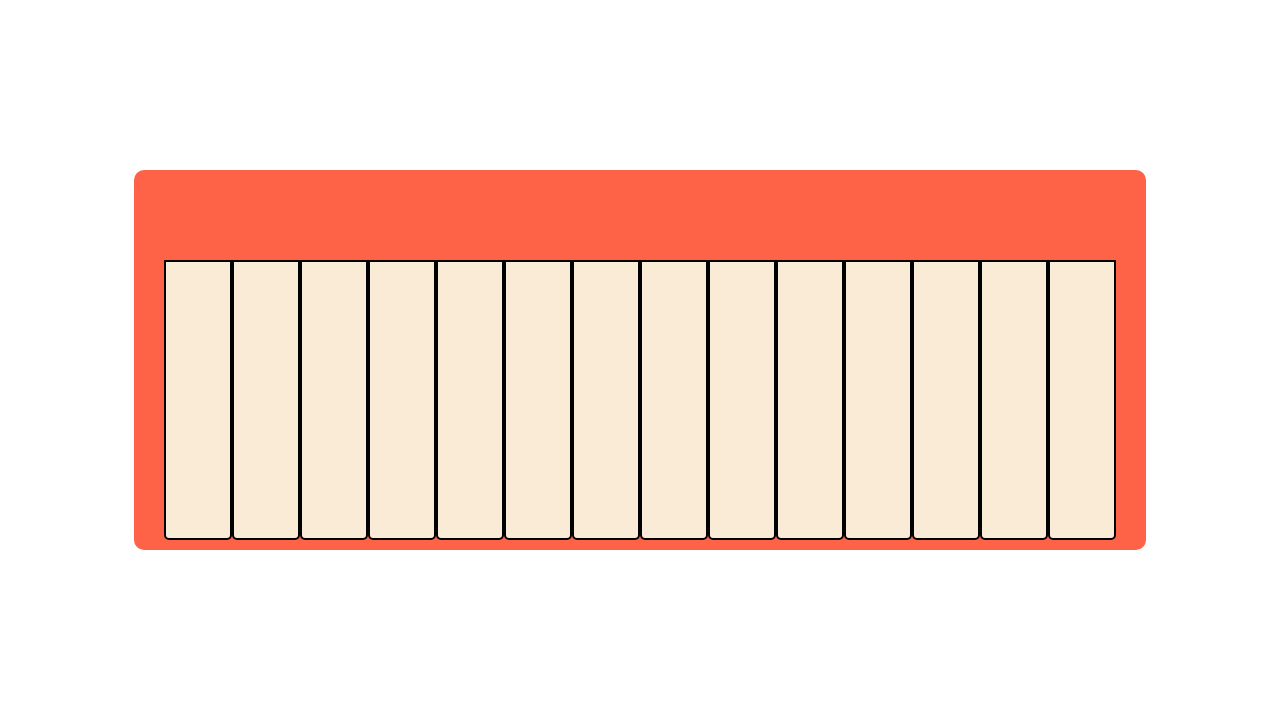
Repository: aishakapan/piano
Page: index.html
These files come from the project's save history. The page is drawn as it stood at one moment and after the next save; the edit follows.
The browser window is 1280 px wide. The pictures show the whole page.

Above is the page before, as saved 2022-09-03 20:00:36.

After the next save:
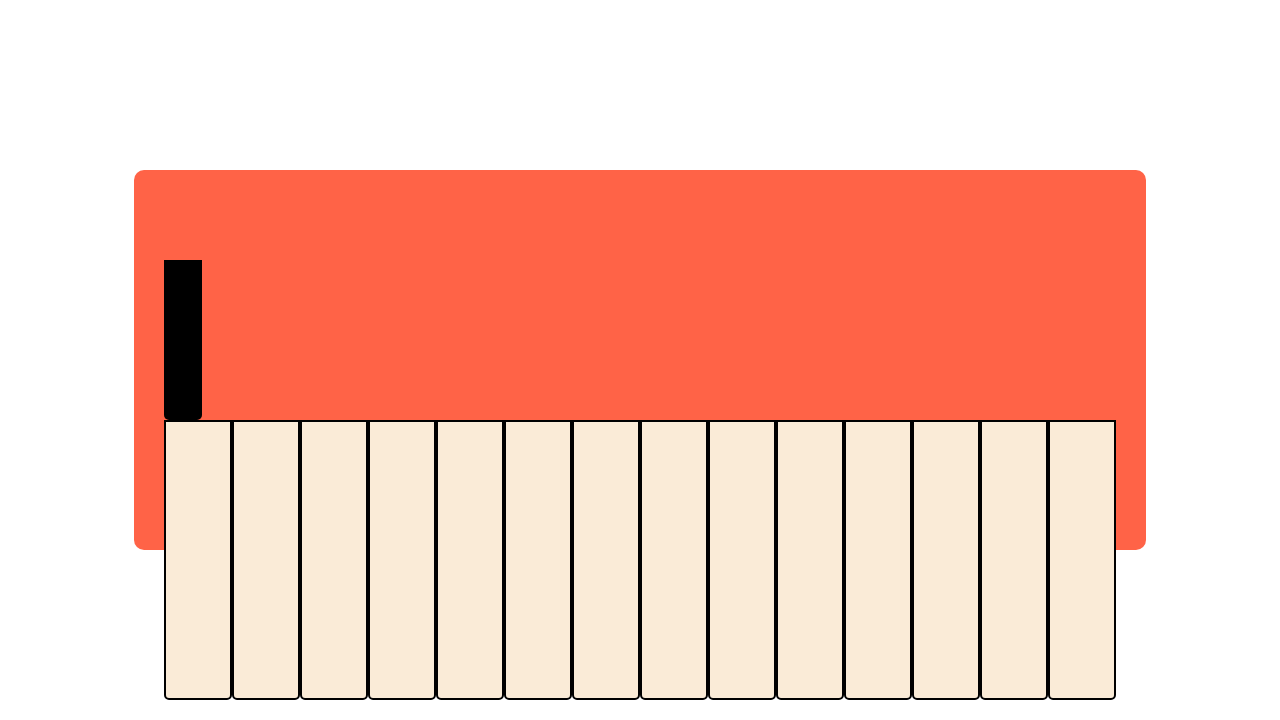
Saved 3 min 46 s later.
--- a/styles.css
+++ b/styles.css
@@ -19,6 +19,11 @@
 
 }
 
+.black-keys {
+    position: relative;
+    display: flex;
+}
+
 .white-keys {
     display: flex;
 }
@@ -31,3 +36,12 @@
     border: solid black 2px;
     box-sizing: border-box;
 }
+
+.black-keys {
+    width: 38px;
+    height: 160px;
+    background-color: black;
+    border-radius: 0 0 5px 5px;
+    box-sizing: border-box;
+
+}

After the save that followed:
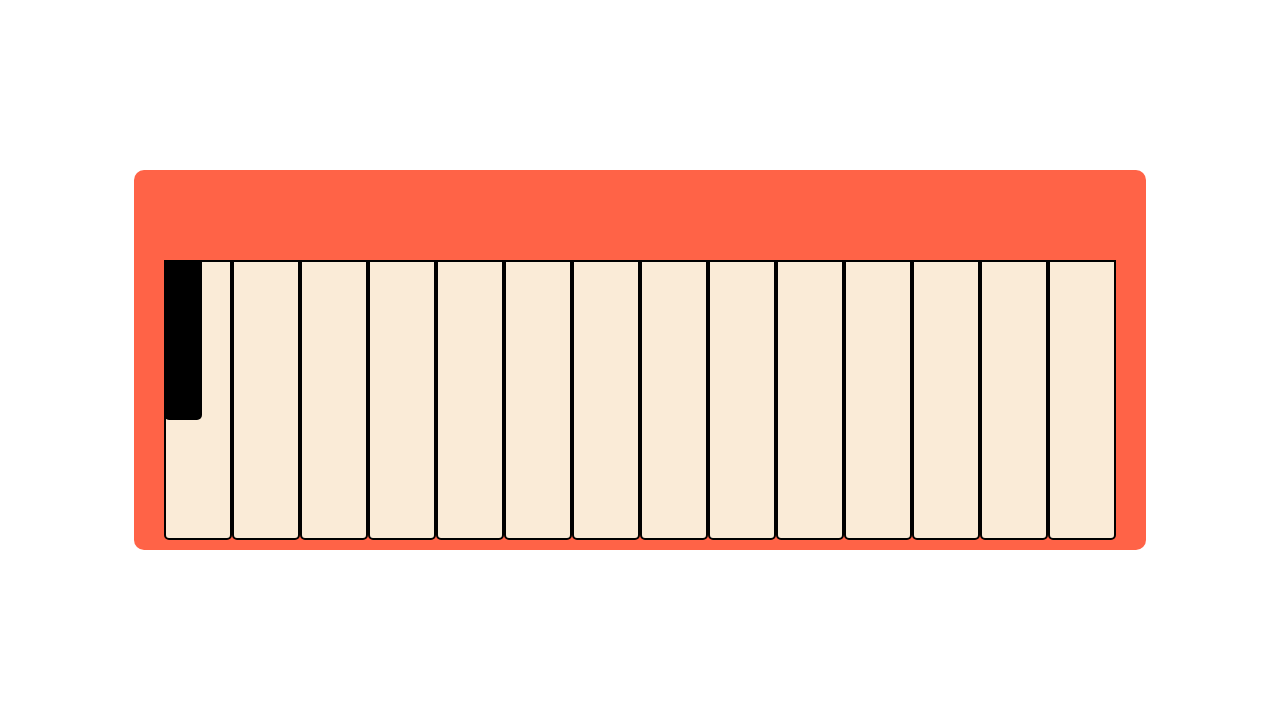
Saved 32 s later.
--- a/styles.css
+++ b/styles.css
@@ -43,5 +43,5 @@
     background-color: black;
     border-radius: 0 0 5px 5px;
     box-sizing: border-box;
-
+    position: absolute;
 }
